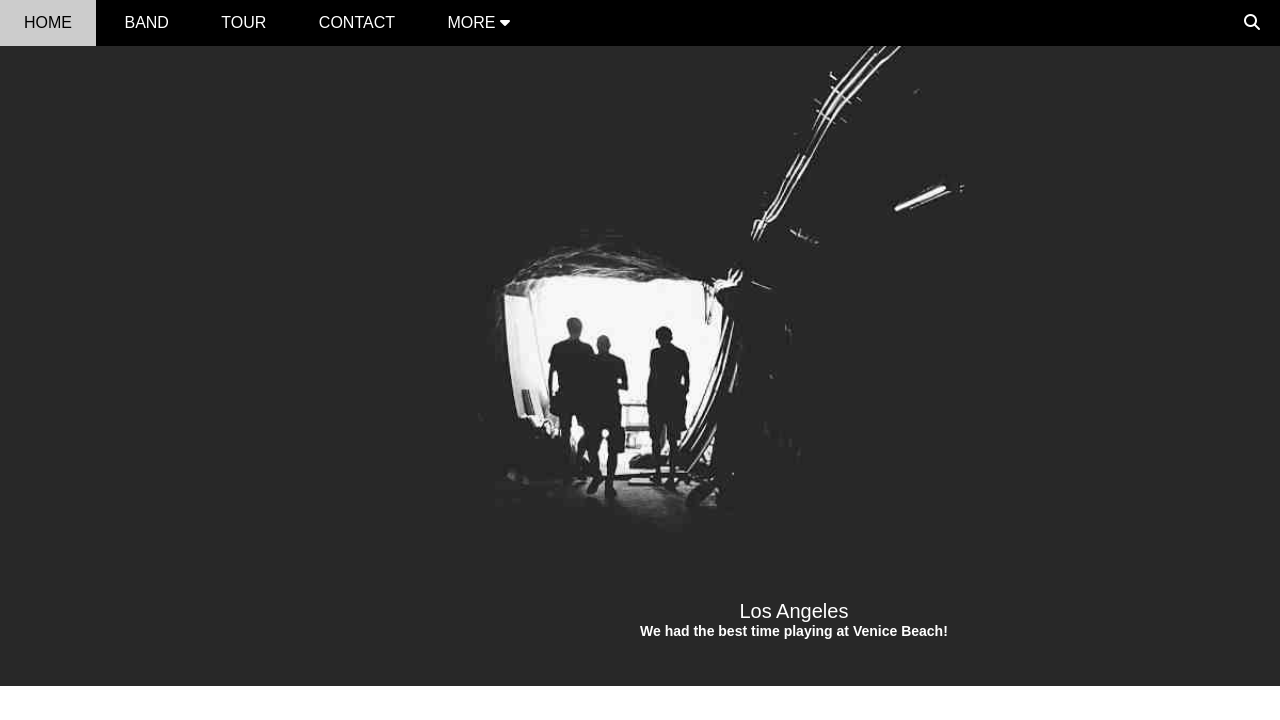
Repository: TranPhucThinh/clone-the-band
Page: index.html
The author's editor kept a copy of each file at every save. The page is drawn from the files as they stood at one save, then again after the next save.
The browser window is 1280 px wide. The pictures show the whole page.
Some web libraries are served in a nearby version.

Above is the page before, as saved 2022-08-04 00:20:25.

### index.html
<!DOCTYPE html>
<html lang="en">

<head>
    <meta charset="UTF-8">
    <meta http-equiv="X-UA-Compatible" content="IE=edge">
    <meta name="viewport" content="width=device-width, initial-scale=1.0">

    <title>The Band</title>

    <link rel="stylesheet" href="./assets/style.css">
    <link rel="stylesheet" href="https://cdnjs.cloudflare.com/ajax/libs/font-awesome/6.1.2/css/all.min.css">
</head>

<body>
    <div id="main">

        <div id="header">
            <ul id="nav">
                <li><a href="">Home</a></li>
                <li><a href="">Band</a></li>
                <li><a href="">Tour</a></li>
                <li><a href="">Contact</a></li>
                <li>
                    <a href="">
                        More
                        <i class="fa-solid fa-caret-down"></i>
                    </a>

                    <ul class="subnav">
                        <li><a href="">Merchandise</a></li>
                        <li><a href="">Extras</a></li>
                        <li><a href="">Media</a></li>
                    </ul>
                </li>
            </ul>

            <div class="search-btn">
                <i class="fa-solid fa-magnifying-glass"></i>
            </div>
        </div>

        <div id="slider">
            <div class="text-slider">
                <div class="slider-heading">Los Angeles</div>
                <div class="slider-title">We had the best time playing at Venice Beach!</div>
            </div>
        </div>

        <div id="content">

        </div>

        <div id="footer">

        </div>

    </div>
</body>

</html>

### assets/style.css
* {
  padding: 0;
  margin: 0;
  box-sizing: border-box;
}

html {
  font-family: Arial, Helvetica, sans-serif;
}

#header {
  height: 46px;
  background-color: #000;
  position: fixed;
  top: 0;
  right: 0;
  left: 0;
}

#nav {
  display: inline-block;
}

#nav > li {
  display: inline-block;
}

#nav li {
  position: relative;
}

#nav > li > a {
  color: #fff;
  text-transform: uppercase;
}

#nav li a {
  line-height: 46px;
  padding: 0 24px;
  display: inline-block;
  text-decoration: none;
}

#nav > li:hover > a,
.subnav li:hover a {
  color: #000;
  background-color: #ccc;
}

#nav .subnav {
  display: none;
  position: absolute;
  background-color: #fff;
  box-shadow: 3px 3px 10px 0px #ccc;
}

#nav li:last-child:hover .subnav {
  display: block;
}

#nav li:last-child:hover .fa-caret-down {
  color: #000;
}

#nav .subnav li {
  list-style-type: none;
}

#nav .subnav a {
  color: #000;
  display: block;
  line-height: 40px;
  padding: 0 32px;
}

#header .fa-solid {
  color: #fff;
}

.search-btn {
  float: right;
  line-height: 46px;
  padding: 0 20px;
}

.search-btn:hover {
  background-color: red;
  cursor: pointer;
}

#slider {
  background-color: #fff;
  margin-top: 46px;
  padding-top: 50%;
  background: url('/assets/imgs/la.jpg') top center / cover no-repeat;
  position: relative;
}

#slider .text-slider {
  color: #fff;
  text-align: center;
  position: absolute;
  bottom: 47px;
  left: 50%;
}

#slider .slider-heading {
  font-size: 20px;
}

#slider .slider-title {
  font-size: 14px;
  font-weight: 700;
}

After the next save:
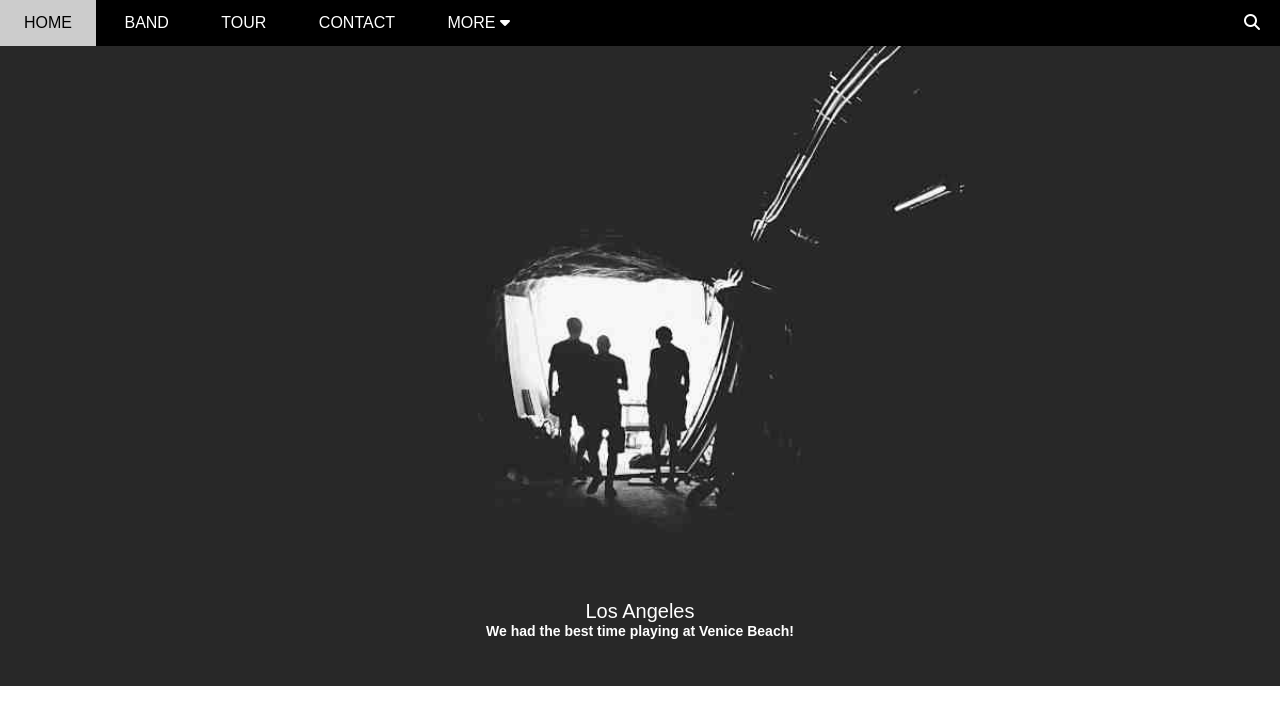
Saved 10 s later.
--- a/assets/style.css
+++ b/assets/style.css
@@ -102,6 +102,7 @@ html {
   position: absolute;
   bottom: 47px;
   left: 50%;
+  transform: translate(-50%);
 }
 
 #slider .slider-heading {
